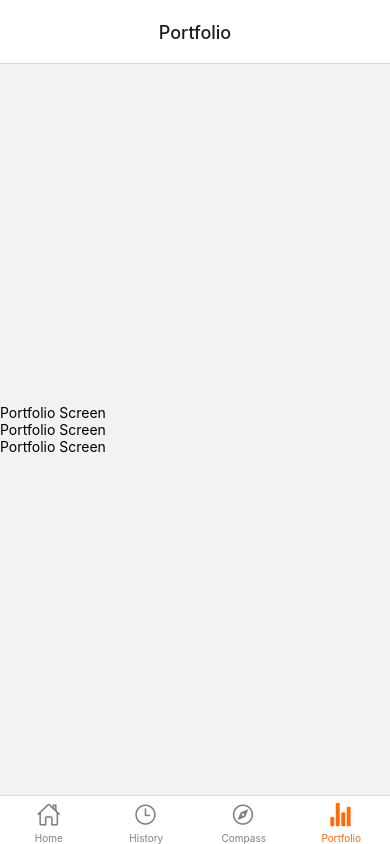
Repository: duongnoob23/WIND_SPEED_IOT
Screen: /Portfolio
The author's editor kept a copy of each file at every save. The screen is drawn from the files as they stood at one save, then again after the next save.
The app was drawn by React Native's web renderer in a window 390 px wide. The project was rebuilt for these pictures with package versions that can differ from the ones it lists, and the page was loaded fresh each time. Also part of the build but not shown: src/page/screens/HomeScreen.js, src/page/screens/ExpensesScreen.js.

Above is the screen before, as saved 2025-03-11 14:32:58.

### App.tsx
import React from "react";
import { NavigationContainer } from "@react-navigation/native";
import AppNavigator from "./src/navigation/AppNavigator";

const App = (): JSX.Element => {
  return (
    <NavigationContainer>
      <AppNavigator />
    </NavigationContainer>
  );
};

export default App;

### src/navigation/AppNavigator.tsx
import React from "react";
import TabNavigator from "./TabNavigator";

const AppNavigator = () => {
  return <TabNavigator />;
};

export default AppNavigator;

### src/navigation/TabNavigator.tsx
import React from "react";
import { createBottomTabNavigator } from "@react-navigation/bottom-tabs";
import { Ionicons } from "@expo/vector-icons";

// Import các màn hình
import HomeScreen from "../page/screens/HomeScreen";
import ExpensesScreen from "../page/screens/ExpensesScreen";
import PortfolioScreen from "../page/screens/PortfolioScreen";
import BankAccountsScreen from "../page/screens/BankAccountsScreen";
import WindScreen from "../page/screens/WindScreen";
import CoreNavigation from "../page/screens/CoreNavigation";

const Tab = createBottomTabNavigator();

const TabNavigator = () => {
  return (
    <Tab.Navigator
      screenOptions={({ route }) => ({
        tabBarIcon: ({ focused, color, size }) => {
          let iconName: keyof typeof Ionicons.glyphMap;
          if (route.name === "Home") {
            iconName = focused ? "home" : "home-outline";
          } else if (route.name === "Expenses") {
            iconName = focused ? "cash" : "cash-outline";
          } else if (route.name === "Portfolio") {
            iconName = focused ? "stats-chart" : "stats-chart-outline";
          } else if (route.name === "BankAccounts") {
            iconName = focused ? "wallet" : "wallet-outline";
          } else if (route.name === "History") {
            iconName = focused ? "time" : "time-outline"; // Ví dụ
          } else if (route.name === "Compass") {
            iconName = focused ? "compass" : "compass-outline"; // Ví dụ
          } else {
            iconName = "help-circle-outline";
          }
          return <Ionicons name={iconName} size={size} color={color} />;
        },
        tabBarActiveTintColor: "#FF6B0D",
        tabBarInactiveTintColor: "gray",
        headerTitleAlign: "center",
      })}
    >
      <Tab.Screen name="Home" component={WindScreen} />
      <Tab.Screen name="History" component={HomeScreen} />
      <Tab.Screen name="Compass" component={ExpensesScreen} />
      <Tab.Screen name="Portfolio" component={PortfolioScreen} />
      {/* <Tab.Screen name="BankAccounts" component={BankAccountsScreen} />
      <Tab.Screen name="Core" component={CoreNavigation} /> */}
    </Tab.Navigator>
  );
};
export default TabNavigator;

### src/page/screens/PortfolioScreen.js
import React from "react";
import { View, Text, StyleSheet } from "react-native";

export default function PortfolioScreen() {
  return (
    <View style={styles.container}>
      <Text style={styles.box1}>Portfolio Screen</Text>
      <Text style={styles.box2}>Portfolio Screen</Text>
      <Text style={styles.box3}>Portfolio Screen</Text>
    </View>
  );
}

const styles = StyleSheet.create({
  container: {
    flex: 1,
    justifyContent: "center",
    // alignItems: "center",
    display: "flex",
    flexDirection: "column",
  },
  box1: {
    // width: "100%",
    // flex: 1,
    // backgroundColor: "red",
  },

  box2: {
    // width: "100%",
    // flex: 1,
    // backgroundColor: "blue",
  },
  box3: {
    // width: "100%",
    // flex: 1,
    // backgroundColor: "orange",
  },
});

### src/page/screens/WindScreen.js
// import React from "react";
// import { View, Text, StyleSheet } from "react-native";
// // Ionicons (hoặc dùng bất kỳ bộ icon nào bạn thích)
// import { Ionicons } from "@expo/vector-icons";

// const WindScreen = () => {
//   // Dữ liệu demo
//   const windSpeed = 7.8; // Đơn vị m/s (hoặc km/h)
//   const windLevel = "Gentle Breeze"; // Mức độ gió (tùy vào thang đo Beaufort)

//   return (
//     <View style={styles.container}>
//       {/* Tiêu đề (ví dụ hiển thị tên địa điểm, có thể bỏ nếu không cần) */}
//       <Text style={styles.locationText}>Hà Nội, Việt Nam</Text>

//       {/* Icon gió lớn ở giữa */}
//       <Ionicons name="md-wind" size={120} color="#fff" style={styles.icon} />

//       {/* Thông số tốc độ gió */}
//       <Text style={styles.windSpeed}>{windSpeed} m/s</Text>

//       {/* Mô tả mức độ gió */}
//       <Text style={styles.windLevel}>{windLevel}</Text>
//     </View>
//   );
// };

// export default WindScreen;

// const styles = StyleSheet.create({
//   container: {
//     flex: 1,
//     backgroundColor: "#4776E6", // Màu nền giả lập, bạn có thể đổi thành gradient
//     alignItems: "center",
//     justifyContent: "center",
//   },
//   locationText: {
//     fontSize: 20,
//     color: "#fff",
//     marginBottom: 20,
//   },
//   icon: {
//     marginVertical: 20,
//   },
//   windSpeed: {
//     fontSize: 50,
//     color: "#fff",
//     fontWeight: "bold",
//     marginBottom: 10,
//   },
//   windLevel: {
//     fontSize: 24,
//     color: "#fff",
//   },
// });

import React, { useEffect } from "react";
import { View, Text, StyleSheet, Animated, ScrollView } from "react-native";
import Icon from "react-native-vector-icons/FontAwesome"; // Sử dụng FontAwesome từ react-native-vector-icons

const WindScreen = () => {
  // Animated value cho hiệu ứng rung
  const shakeAnimation = new Animated.Value(0);

  // Dữ liệu demo
  const currentWindSpeed = 11; // m/s (theo hình ảnh)
  const windLevel = "Heavy Rain"; // Theo hình ảnh
  const forecastData = [
    { day: "Two hours ago", speed: 6.5, icon: "cloud" },
    { day: "One hours ago", speed: 11, icon: "cloud" },
    { day: "Now", speed: 7.8, icon: "cloud" },
  ];

  // Hiệu ứng rung cho icon
  useEffect(() => {
    const animate = () => {
      Animated.sequence([
        Animated.timing(shakeAnimation, {
          toValue: 10,
          duration: 100,
          useNativeDriver: true,
        }),
        Animated.timing(shakeAnimation, {
          toValue: -10,
          duration: 100,
          useNativeDriver: true,
        }),
        Animated.timing(shakeAnimation, {
          toValue: 0,
          duration: 100,
          useNativeDriver: true,
        }),
      ]).start(() => setTimeout(animate, 2000)); // Lặp lại sau 2 giây
    };
    animate();
  }, [shakeAnimation]);

  const shakeStyle = {
    transform: [{ translateX: shakeAnimation }],
  };

  return (
    // <ScrollView>
    <View style={styles.container}>
      <Text style={styles.locationText}>London, United Kingdom</Text>

      <Animated.View style={[styles.iconContainer, shakeStyle]}>
        <Icon name="cloud" size={120} color="#FFD60A" />
      </Animated.View>

      <Text style={styles.windSpeed}>{currentWindSpeed} km/h</Text>
      <Text style={styles.windLevel}>{windLevel}</Text>

      <View style={styles.forecastContainer}>
        {forecastData.map((item, index) => (
          <View key={index} style={styles.forecastBox}>
            <Text style={styles.forecastDay}>{item.day}</Text>
            <Icon name={item.icon} size={30} color="#fff" />
            <Text style={styles.forecastSpeed}>{item.speed} m/s</Text>
          </View>
        ))}
      </View>
    </View>
    // {/* </ScrollView> */}
  );
};

export default WindScreen;

const color1 = "black";

const styles = StyleSheet.create({
  container: {
    flex: 1,
    // backgroundColor: "rgba(0, 0, 0, 0.5)", // Nền mờ ảo
    backgroundColor: "black",
    // borderColor: "black",
    // borderWidth: 10,
    alignItems: "center",
    justifyContent: "center",
    padding: 20,
  },
  locationText: {
    fontSize: 20,
    color: "#fff",
    marginBottom: 20,
    textAlign: "center",
  },
  iconContainer: {
    marginVertical: 20,
  },
  windSpeed: {
    fontSize: 50,
    color: "#FFD60A",
    fontWeight: "bold",
    marginBottom: 20,
    textAlign: "center",
  },
  windLevel: {
    fontSize: 24,
    color: "#fff",
    textAlign: "center",
    marginBottom: 100,
  },
  forecastContainer: {
    flexDirection: "row",
    justifyContent: "space-between",
    width: "100%",
  },
  forecastBox: {
    backgroundColor: "rgba(255, 255, 255, 0.2)", // Ô vuông mờ
    borderWidth: 1,
    borderColor: "#fff",
    borderRadius: 10,
    padding: 10,
    alignItems: "center",
    width: "30%",
  },
  forecastDay: {
    fontSize: 12,
    color: "#fff",
    marginBottom: 5,
  },
  forecastSpeed: {
    fontSize: 18,
    color: "#fff",
    fontWeight: "bold",
  },
});

After the next save:
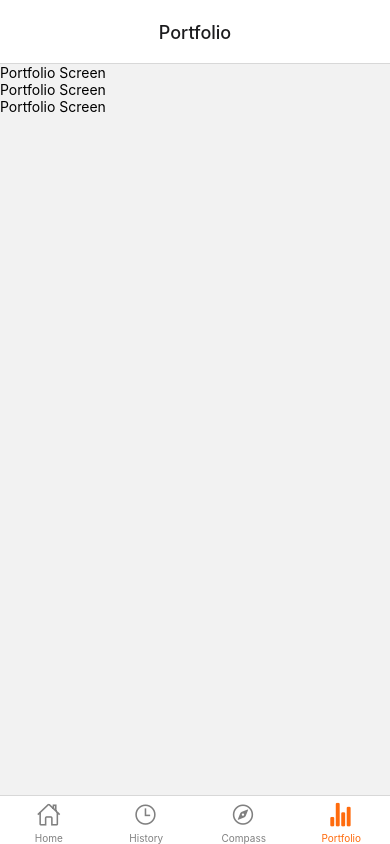
Saved 41 s later.
--- a/src/page/screens/PortfolioScreen.js
+++ b/src/page/screens/PortfolioScreen.js
@@ -4,9 +4,9 @@ import { View, Text, StyleSheet } from "react-native";
 export default function PortfolioScreen() {
   return (
     <View style={styles.container}>
-      <Text style={styles.box1}>Portfolio Screen</Text>
-      <Text style={styles.box2}>Portfolio Screen</Text>
-      <Text style={styles.box3}>Portfolio Screen</Text>
+      <Text style={styles.box}>Portfolio Screen</Text>
+      <Text style={styles.box}>Portfolio Screen</Text>
+      <Text style={styles.box}>Portfolio Screen</Text>
     </View>
   );
 }
@@ -14,7 +14,7 @@ export default function PortfolioScreen() {
 const styles = StyleSheet.create({
   container: {
     flex: 1,
-    justifyContent: "center",
+    // justifyContent: "center",
     // alignItems: "center",
     display: "flex",
     flexDirection: "column",
@@ -35,4 +35,5 @@ const styles = StyleSheet.create({
     // flex: 1,
     // backgroundColor: "orange",
   },
+  box: {},
 });
